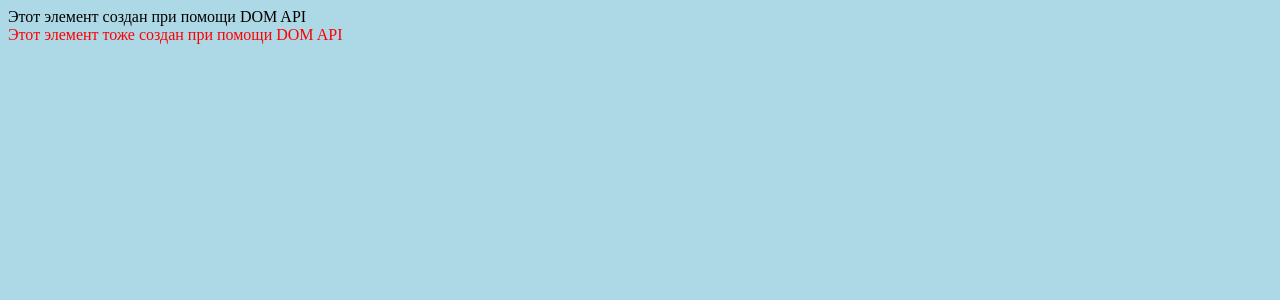
Repository: JohnnyBravo85/LoftSchool-CHOCCO
Page: task1.html
The author's editor kept a copy of each file at every save. The page is drawn from the files as they stood at one save, then again after the next save.
The browser window is 1280 px wide. The pictures show the whole page.

Above is the page before, as saved 2019-05-23 16:38:39.

After the next save:
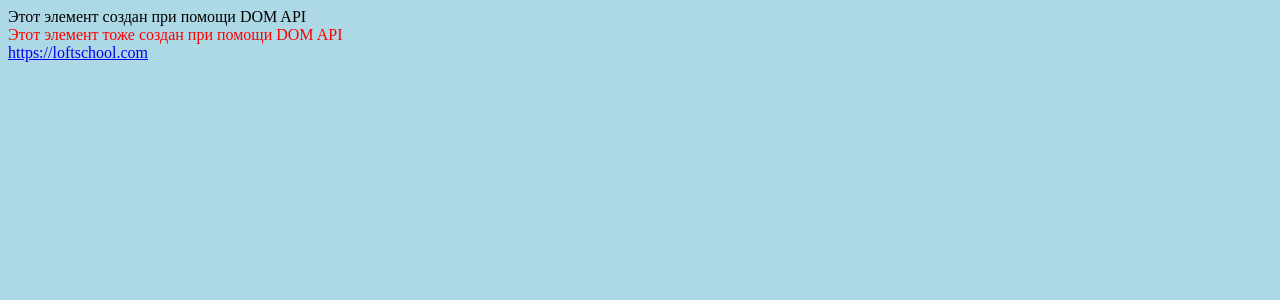
Saved 2 min 46 s later.
--- a/js/task2.js
+++ b/js/task2.js
@@ -21,6 +21,7 @@ elementDiv2.addEventListener('click', function() {
   const elemenA = document.createElement('a');
   elemenA.href = 'https://loftschool.com';
   document.body.appendChild(elemenA);
+  elemenA.textContent = 'https://loftschool.com';
   elemenA.addEventListener('click', function () {
     console.log('Я кликнул на ссылку https://loftschool.com');
   });
